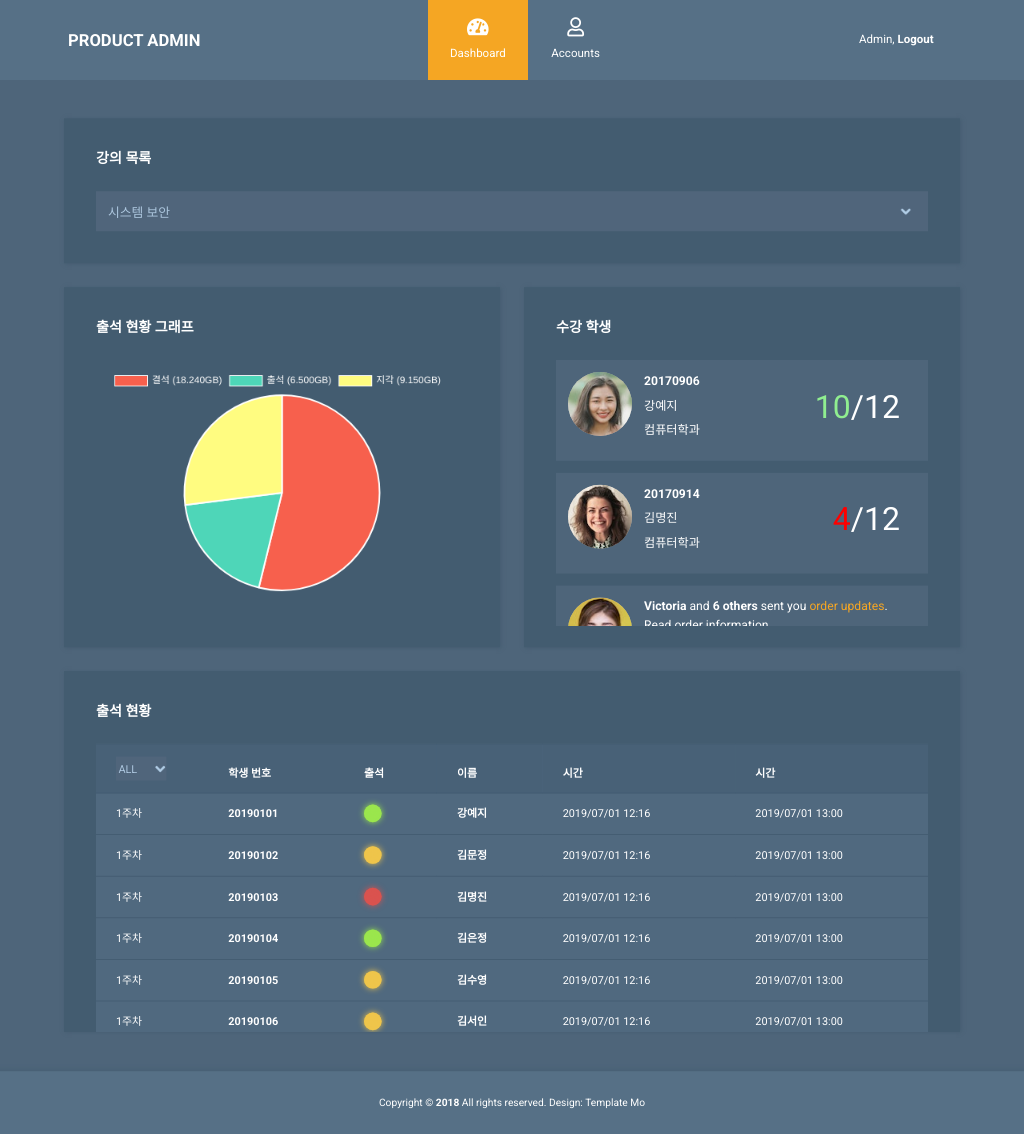
Repository: YJ-S2/2019-FaceAPI
Page: test1-master/web/123/WebContent/web1.html
An editor plug-in stored every save of this project. The page is shown before and after the next save, followed by the edit.
The browser window is 1280 px wide. The pictures show the whole page, at 80% of full size.
An inner scrolling area shows only its first screen.

Above is the page before, as saved 2019-08-11 15:21:35.

### test1-master/web/123/WebContent/web1.html
<!DOCTYPE html>
<html lang="en">

<head>
    <meta charset="UTF-8">
    <meta name="viewport" content="width=device-width, initial-scale=1.0">
    <meta http-equiv="X-UA-Compatible" content="ie=edge">
    <title>Product Admin - Dashboard HTML Template</title>
    <link rel="icon" type="image/png" href="img/logo1.png"/>

    <link rel="stylesheet" href="https://fonts.googleapis.com/css?family=Roboto:400,700">
    <!-- https://fonts.google.com/specimen/Roboto -->
    <link rel="stylesheet" href="css/fontawesome.min.css">
    <!-- https://fontawesome.com/ -->
    <link rel="stylesheet" href="css/bootstrap.min.css">
    <!-- https://getbootstrap.com/ -->
    <link rel="stylesheet" href="css/templatemo-style.css">
    <!--
	Product Admin CSS Template
	https://templatemo.com/tm-524-product-admin
	-->
	<style>
	.custom-select30 {
	  width: 70%;
	  border: none;
	  color: #acc6de;
	  height: 30px;
	  -webkit-appearance: none;
	  -moz-appearance: none;
	  -ms-appearance: none;
	  -o-appearance: none;
	  appearance: none;
	  -webkit-border-radius: 0;
	  -moz-border-radius: 0;
	  -ms-border-radius: 0;
	  -o-border-radius: 0;
	  border-radius: 0;
	  padding: 3px;
	  background: url(../img/arrow-down.png) 98% no-repeat #50657b;
	}
	.left-mj{
		 margin: 0 0 0 auto;
	}
	.c_red{
		color:red;
	}
	.c_green{
		color:lightgreen;
	}
	.logo {
  width: 25%;
  height: 100%;
  display: -webkit-box;
  display: -webkit-flex;
  display: -moz-box;
  display: -ms-flexbox;
  display: flex;
  justify-content: flex-start;
  align-items: center;
}

.logo img {
  max-width: 100%;
  max-height: 50%;
}
.logo{display: none;}
	.percen{
		align:center;
		padding:20px;
	}
	.tm-status-circle1 {
  display: inline-block;
  margin-right: 5px;
  vertical-align: middle;
  width: 22px;
  height: 22px;
  border-radius: 50%;
  margin-top: -3px;
}
	</style>
</head>

<body id="reportsPage">
    <div class="" id="home">
        <nav class="navbar navbar-expand-xl">
            <div class="container h-100">
                <a class="navbar-brand" href="index.html">
                	<h1 class="tm-site-title mb-0">Product Admin</h1>
                	<!-- <img src="img/logo_2.png" alt="" class="">-->
                </a>
                <button class="navbar-toggler ml-auto mr-0" type="button" data-toggle="collapse" data-target="#navbarSupportedContent"
                    aria-controls="navbarSupportedContent" aria-expanded="false" aria-label="Toggle navigation">
                    <i class="fas fa-bars tm-nav-icon"></i>
                </button>

                <div class="collapse navbar-collapse" id="navbarSupportedContent">
                    <ul class="navbar-nav mx-auto h-100">
                        <li class="nav-item">
                            <a class="nav-link active" href="#">
                                <i class="fas fa-tachometer-alt"></i>
                                Dashboard
                                <span class="sr-only">(current)</span>
                            </a>
                        </li>

                        <li class="nav-item">
                            <a class="nav-link" href="http://localhost:9089/123/accounts.html">
                                <i class="far fa-user"></i>
                                Accounts
                            </a>
                        </li>
                    </ul>
                    <ul class="navbar-nav">
                        <li class="nav-item">
                            <a class="nav-link d-block" href="login.html">
                                Admin, <b>Logout</b>
                            </a>
                        </li>
                    </ul>
                </div>
            </div>

        </nav>
        <div class="container mt-5">
            <div class="row tm-content-row">
		          <div class="col-12 tm-block-col">
		            <div class="tm-bg-primary-dark tm-block tm-block-h-auto">
		              <h2 class="tm-block-title">강의 목록</h2>
		              <select class="custom-select">
		                <option value="0">시스템 보안</option>
		                <option value="1">모바일 소프트웨어</option>
		                <option value="2">시스템 프로그래밍</option>
		                <option value="3">데이터베이스 개론</option>
		                <option value="4">컴퓨터 구조</option>
		              </select>
		            </div>
		          </div>
		        </div>
            <!-- row -->
            <div class="row tm-content-row">



                <div class="col-sm-12 col-md-12 col-lg-6 col-xl-6 tm-block-col">
                    <div class="tm-bg-primary-dark tm-block tm-block-taller">
                        <h2 class="tm-block-title">출석 현황 그래프</h2>
                        <div id="pieChartContainer">
                            <canvas id="pieChart" class="chartjs-render-monitor" width="200" height="200"></canvas>
                        </div>
                    </div>
                </div>
                <div class="col-sm-12 col-md-12 col-lg-6 col-xl-6 tm-block-col">
                    <div class="tm-bg-primary-dark tm-block tm-block-taller tm-block-overflow">
                        <h2 class="tm-block-title">수강 학생</h2>
                        <div class="tm-notification-items">
                            <div class="media tm-notification-item">
                                <div class="tm-gray-circle">
                                	<img src="img/notification-01.jpg" alt="Avatar Image" class="rounded-circle">
                                </div>

	                            <div class="media-body">
	                                <p class="mb-2"><b>20170906</b></p>
	                                <p class="mb-2">강예지</p>
	                                <p class="mb-2">컴퓨터학과</p>
	                            </div>
	                            <div class="percen">
	                            	<h1><span class="c_green">10</span>/12</h1>
	                            </div>
                            </div>
                            <div class="media tm-notification-item">
                                <div class="tm-gray-circle"><img src="img/notification-02.jpg" alt="Avatar Image" class="rounded-circle">
                                </div>
                                <div class="media-body">
                                    <p class="mb-2"><b>20170914</b></p>
	                                    <p class="mb-2">김명진</p>
	                                    <p class="mb-2">컴퓨터학과</p>
                                </div>
                                <div class="percen">
	                            	<h1><span class="c_red">4</span>/12</h1>
	                            </div>
                            </div>
                            <div class="media tm-notification-item">
                                <div class="tm-gray-circle"><img src="img/notification-03.jpg" alt="Avatar Image" class="rounded-circle"></div>
                                <div class="media-body">
                                    <p class="mb-2"><b>Victoria</b> and <b>6 others</b> sent you <a href="#"
                                            class="tm-notification-link">order updates</a>. Read order information.</p>
                                    <span class="tm-small tm-text-color-secondary">6h ago.</span>
                                </div>
                            </div>
                            <div class="media tm-notification-item">
                                <div class="tm-gray-circle"><img src="img/notification-01.jpg" alt="Avatar Image" class="rounded-circle"></div>
                                <div class="media-body">
                                    <p class="mb-2"><b>Laura Cute</b> and <b>6 others</b> sent you <a href="#"
                                            class="tm-notification-link">product records</a>.</p>
                                    <span class="tm-small tm-text-color-secondary">6h ago.</span>
                                </div>
                            </div>
                            <div class="media tm-notification-item">
                                <div class="tm-gray-circle"><img src="img/notification-02.jpg" alt="Avatar Image" class="rounded-circle"></div>
                                <div class="media-body">
                                    <p class="mb-2"><b>Samantha</b> and <b>6 others</b> sent you <a href="#"
                                            class="tm-notification-link">order stuffs</a>.</p>
                                    <span class="tm-small tm-text-color-secondary">6h ago.</span>
                                </div>
                            </div>
                            <div class="media tm-notification-item">
                                <div class="tm-gray-circle"><img src="img/notification-03.jpg" alt="Avatar Image" class="rounded-circle"></div>
                                <div class="media-body">
                                    <p class="mb-2"><b>Sophie</b> and <b>6 others</b> sent you <a href="#"
                                            class="tm-notification-link">product updates</a>.</p>
                                    <span class="tm-small tm-text-color-secondary">6h ago.</span>
                                </div>
                            </div>
                            <div class="media tm-notification-item">
                                <div class="tm-gray-circle"><img src="img/notification-01.jpg" alt="Avatar Image" class="rounded-circle"></div>
                                <div class="media-body">
                                    <p class="mb-2"><b>Lily A</b> and <b>6 others</b> sent you <a href="#"
                                            class="tm-notification-link">product updates</a>.</p>
                                    <span class="tm-small tm-text-color-secondary">6h ago.</span>
                                </div>
                            </div>
                            <div class="media tm-notification-item">
                                <div class="tm-gray-circle"><img src="img/notification-02.jpg" alt="Avatar Image" class="rounded-circle"></div>
                                <div class="media-body">
                                    <p class="mb-2"><b>Amara</b> and <b>6 others</b> sent you <a href="#"
                                            class="tm-notification-link">product updates</a>.</p>
                                    <span class="tm-small tm-text-color-secondary">6h ago.</span>
                                </div>
                            </div>
                            <div class="media tm-notification-item">
                                <div class="tm-gray-circle"><img src="img/notification-03.jpg" alt="Avatar Image" class="rounded-circle"></div>
                                <div class="media-body">
                                    <p class="mb-2"><b>Cinthela</b> and <b>6 others</b> sent you <a href="#"
                                            class="tm-notification-link">product updates</a>.</p>
                                    <span class="tm-small tm-text-color-secondary">6h ago.</span>
                                </div>
                            </div>
                        </div>
                    </div>
                </div>
                <div class="col-12 tm-block-col">
                    <div class="tm-bg-primary-dark tm-block tm-block-taller tm-block-scroll">
                    	<h2 class="tm-block-title">출석 현황</h2>



                        <table class="table">
                            <thead>
                                <tr>
                                	<th scope="col">
	                                	<select class="custom-select30">
	                                		<option value="0">ALL</option>
							                <option value="1">1 주차</option>
							                <option value="2">2 주차</option>
							                <option value="3">3 주차</option>
							                <option value="4">4 주차</option>
							           	</select>
							        </th>
                                    <th scope="col">학생 번호</th>
                                    <th scope="col">출석</th>
                                    <th scope="col">이름</th>
                                    <th scope="col">시간</th>
                                    <th scope="col">시간</th>
                                </tr>
                            </thead>
                            <tbody>
                                <tr>
                                	<td>1주차</td>
                                    <th scope="row"><b>20190101</b></th>
                                    <td>
                                        <div class="tm-status-circle1 moving">
                                        </div>
                                    </td>
                                    <td><b>강예지</b></td>
                                    <td>2019/07/01 12:16</td>
                                    <td>2019/07/01 13:00</td>
                                </tr>
                                <tr>
                                	<td>1주차</td>
                                    <th scope="row"><b>20190102</b></th>
                                    <td>
                                        <div class="tm-status-circle1 pending">
                                        </div>
                                    </td>
                                    <td><b>김문정</b></td>
                                    <td>2019/07/01 12:16</td>
                                    <td>2019/07/01 13:00</td>
                                </tr>
                                <tr>
                                	<td>1주차</td>
                                    <th scope="row"><b>20190103</b></th>
                                    <td>
                                        <div class="tm-status-circle1 cancelled">
                                        </div>
                                    </td>
                                    <td><b>김명진</b></td>
                                    <td>2019/07/01 12:16</td>
                                    <td>2019/07/01 13:00</td>
                                </tr>
                                <tr>
                                	<td>1주차</td>
                                    <th scope="row"><b>20190104</b></th>
                                    <td>
                                        <div class="tm-status-circle1 moving">
                                        </div>
                                    </td>
                                    <td><b>김은정</b></td>
                                    <td>2019/07/01 12:16</td>
                                    <td>2019/07/01 13:00</td>
                                </tr>
                                <tr>
                                	<td>1주차</td>
                                    <th scope="row"><b>20190105</b></th>
                                    <td>
                                        <div class="tm-status-circle1 pending">
                                        </div>
                                    </td>
                                    <td><b>김수영</b></td>
                                    <td>2019/07/01 12:16</td>
                                    <td>2019/07/01 13:00</td>
                                </tr>
                                <tr>
                                	<td>1주차</td>
                                    <th scope="row"><b>20190106</b></th>
                                    <td>
                                        <div class="tm-status-circle1 pending">
                                        </div>
                                    </td>
                                    <td><b>김서인</b></td>
                                    <td>2019/07/01 12:16</td>
                                    <td>2019/07/01 13:00</td>
                                </tr>
                                <tr>
                                	<td>1주차</td>
                                    <th scope="row"><b>20190107</b></th>
                                    <td>
                                        <div class="tm-status-circle1 moving">
                                        </div>
                                    </td>
                                    <td><b>나인영</b></td>
                                    <td>2019/07/01 12:16</td>
                                    <td>2019/07/01 13:00</td>
                                </tr>
                                <tr>
                                	<td>1주차</td>
                                    <th scope="row"><b>20190108</b></th>
                                    <td>
                                        <div class="tm-status-circle1 moving">
                                        </div>
                                    </td>
                                    <td><b>도인아</b></td>
                                    <td>2019/07/01 12:16</td>
                                    <td>2019/07/01 13:00</td>
                                </tr>
                                <tr>
                                	<td>1주차</td>
                                    <th scope="row"><b>20190109</b></th>
                                    <td>
                                        <div class="tm-status-circle1 moving">
                                        </div>
                                    </td>
                                    <td><b>변수아</b></td>
                                    <td>2019/07/01 12:16</td>
                                    <td>2019/07/01 13:00</td>
                                </tr>
                                <tr>
                                	<td>1주차</td>
                                    <th scope="row"><b>20190110</b></th>
                                    <td>
                                        <div class="tm-status-circle1 cancelled">
                                        </div>
                                    </td>
                                    <td><b>박혜인</b></td>
                                    <td>2019/07/01 12:16</td>
                                    <td>2019/07/01 13:00</td>
                                </tr>
                                <tr>
                                	<td>1주차</td>
                                    <th scope="row"><b>20190111</b></th>
                                    <td>
                                        <div class="tm-status-circle1 moving">
                                        </div>
                                    </td>
                                    <td><b>박민지</b></td>
                                    <td>2019/07/01 12:16</td>
                                    <td>2019/07/01 13:00</td>
                                </tr>
                            </tbody>
                        </table>
                    </div>
                </div>
            </div>
        </div>
        <footer class="tm-footer row tm-mt-small">
            <div class="col-12 font-weight-light">
                <p class="text-center text-white mb-0 px-4 small">
                    Copyright &copy; <b>2018</b> All rights reserved.

                    Design: <a rel="nofollow noopener" href="https://templatemo.com" class="tm-footer-link">Template Mo</a>
                </p>
            </div>
        </footer>
    </div>

    <script src="js/jquery-3.3.1.min.js"></script>
    <!-- https://jquery.com/download/ -->
    <script src="js/moment.min.js"></script>
    <!-- https://momentjs.com/ -->
    <script src="js/Chart.min.js"></script>
    <!-- http://www.chartjs.org/docs/latest/ -->
    <script src="js/bootstrap.min.js"></script>
    <!-- https://getbootstrap.com/ -->
    <script src="js/tooplate-scripts.js"></script>
    <script>
        Chart.defaults.global.defaultFontColor = 'white';
        let ctxPie,
            optionsPie,
            configPie,
			pieChart;
        // DOM is ready
        $(function () {
            drawPieChart(); // Pie Chart
        })
    </script>
</body>

</html>

Loaded but not shown: test1-master/web/123/WebContent/css/fontawesome.min.css (library); test1-master/web/123/WebContent/css/bootstrap.min.css (library); test1-master/web/123/WebContent/js/jquery-3.3.1.min.js (library); test1-master/web/123/WebContent/js/moment.min.js (library); test1-master/web/123/WebContent/js/Chart.min.js (library); test1-master/web/123/WebContent/js/bootstrap.min.js (library); test1-master/web/123/WebContent/js/tooplate-scripts.js (192 lines, source omitted); test1-master/web/123/WebContent/css/templatemo-style.css (709 lines, source omitted)

After the next save:
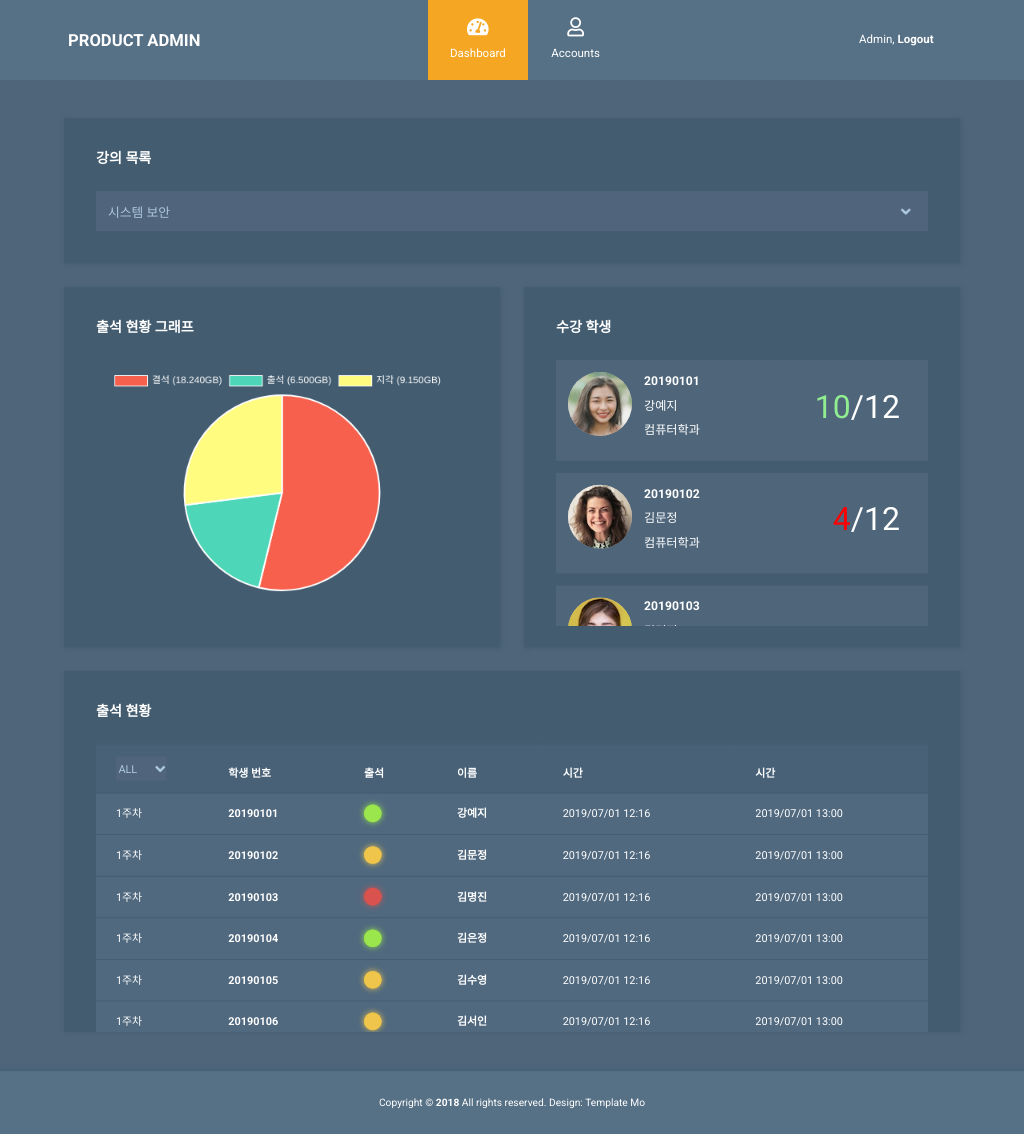
Saved 56 min 40 s later.
--- a/test1-master/web/123/WebContent/web1.html
+++ b/test1-master/web/123/WebContent/web1.html
@@ -159,7 +159,7 @@
                                 </div>
 
 	                            <div class="media-body">
-	                                <p class="mb-2"><b>20170906</b></p>
+	                                <p class="mb-2"><b>20190101</b></p>
 	                                <p class="mb-2">강예지</p>
 	                                <p class="mb-2">컴퓨터학과</p>
 	                            </div>
@@ -171,9 +171,9 @@
                                 <div class="tm-gray-circle"><img src="img/notification-02.jpg" alt="Avatar Image" class="rounded-circle">
                                 </div>
                                 <div class="media-body">
-                                    <p class="mb-2"><b>20170914</b></p>
-	                                    <p class="mb-2">김명진</p>
-	                                    <p class="mb-2">컴퓨터학과</p>
+                                    <p class="mb-2"><b>20190102</b></p>
+	                                <p class="mb-2">김문정</p>
+	                                <p class="mb-2">컴퓨터학과</p>
                                 </div>
                                 <div class="percen">
 	                            	<h1><span class="c_red">4</span>/12</h1>
@@ -182,9 +182,9 @@
                             <div class="media tm-notification-item">
                                 <div class="tm-gray-circle"><img src="img/notification-03.jpg" alt="Avatar Image" class="rounded-circle"></div>
                                 <div class="media-body">
-                                    <p class="mb-2"><b>Victoria</b> and <b>6 others</b> sent you <a href="#"
-                                            class="tm-notification-link">order updates</a>. Read order information.</p>
-                                    <span class="tm-small tm-text-color-secondary">6h ago.</span>
+                                    <p class="mb-2"><b>20190103</b></p>
+	                                <p class="mb-2">김명진</p>
+	                                <p class="mb-2">컴퓨터학과</p>
                                 </div>
                             </div>
                             <div class="media tm-notification-item">
